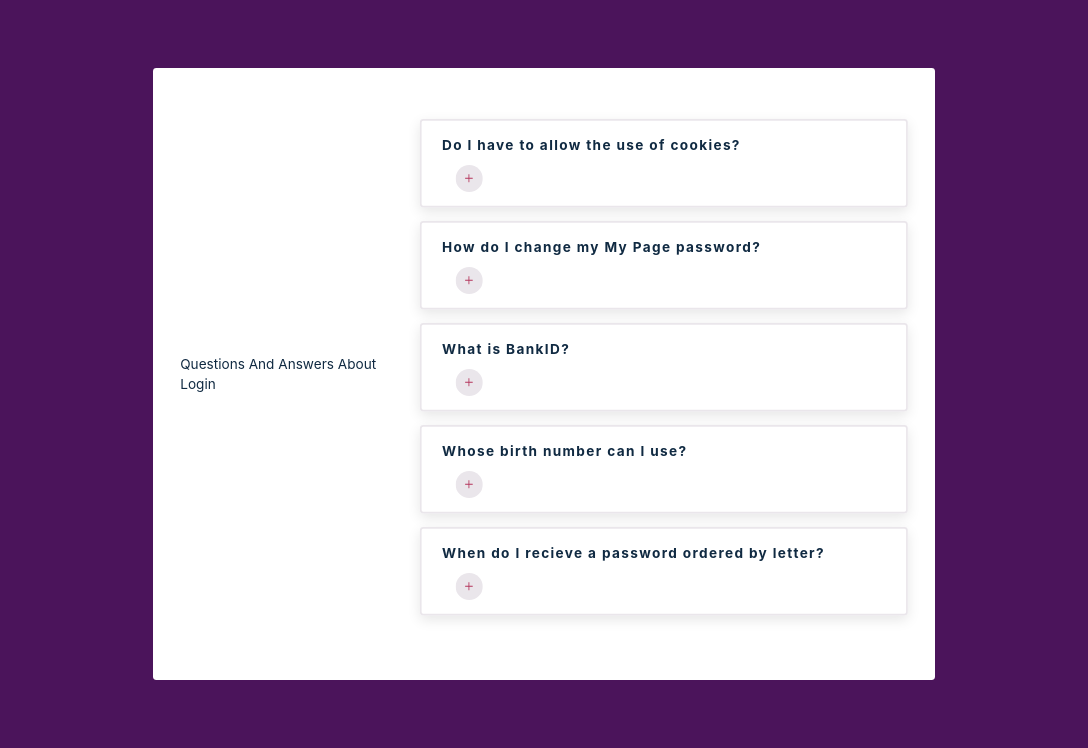
Repository: Reghanoid/Accordion
Page: /
The author's editor kept a copy of each file at every save. The page is drawn from the files as they stood at one save, then again after the next save.
The browser window is 1280 px wide. The pictures show the whole page, at 85% of full size.
The project was rebuilt for these pictures with package versions that can differ from the ones it lists, and the page was loaded fresh each time.

Above is the page before, as saved 2022-06-06 16:07:31.

After the next save:
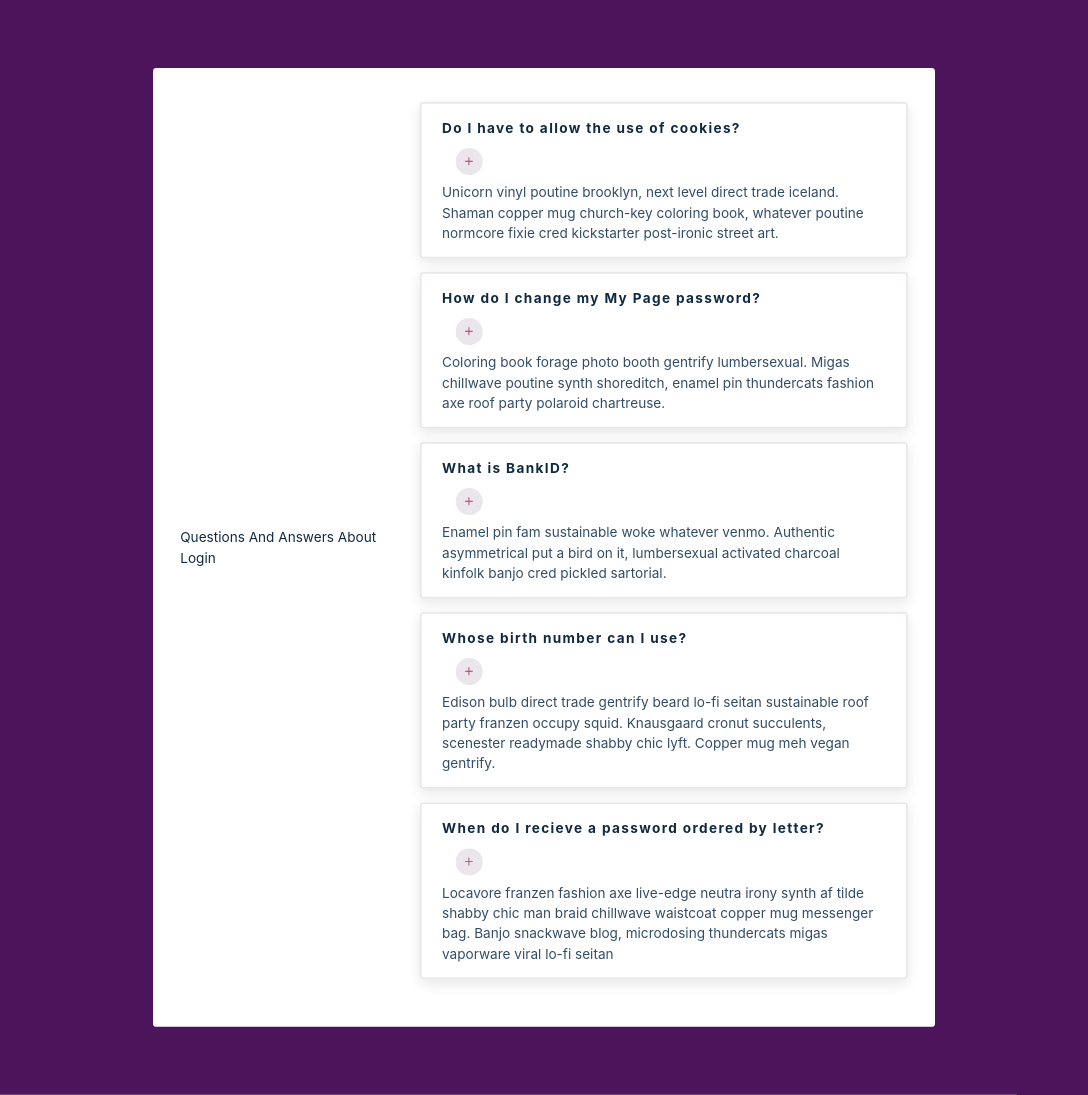
Saved 104 s later.
--- a/src/Question.js
+++ b/src/Question.js
@@ -12,7 +12,7 @@
         <button className='btn' onClick={toggleInfo}>
           <AiOutlinePlus />
         </button>
-        <p style={{ display: 'none' }}> {props.info} </p>
+        <p style={{ display: '' }}> {props.info} </p>
       </section>
     </>
   )

After the save that followed:
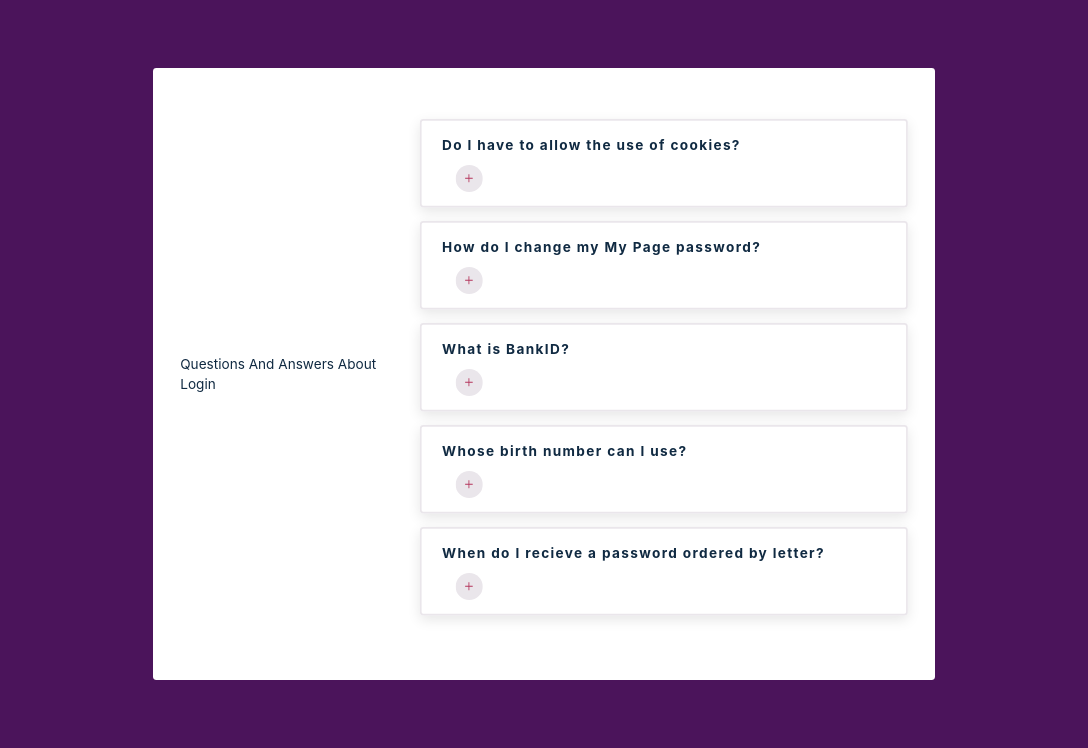
Saved 6 s later.
--- a/src/Question.js
+++ b/src/Question.js
@@ -12,7 +12,7 @@
         <button className='btn' onClick={toggleInfo}>
           <AiOutlinePlus />
         </button>
-        <p style={{ display: '' }}> {props.info} </p>
+        <p style={{ display: 'none' }}> {props.info} </p>
       </section>
     </>
   )
